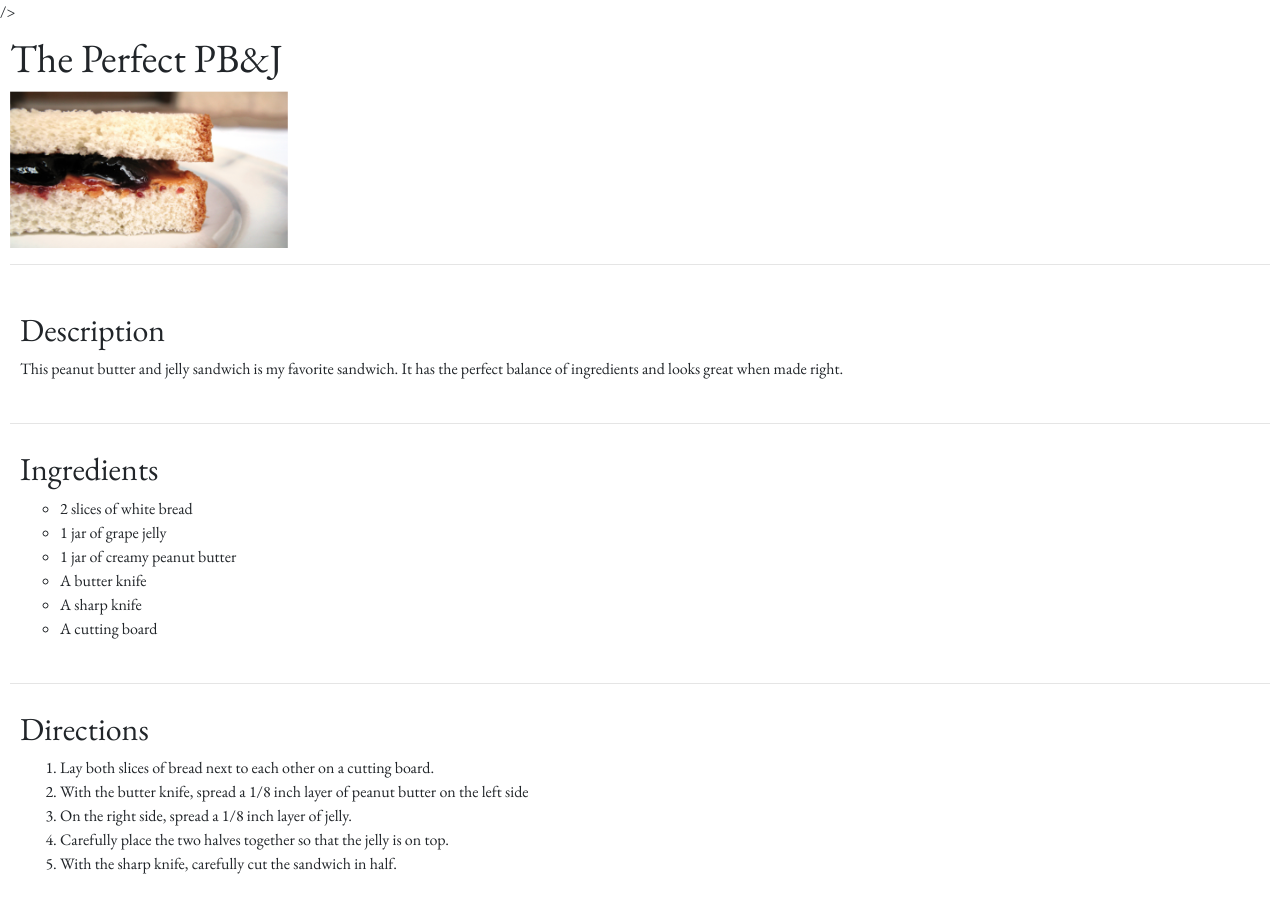
Repository: 9-5-pursuit/lab-intro-to-html
Page: recipe.html
The author's editor kept a copy of each file at every save. The page is drawn from the files as they stood at one save, then again after a run of saves.
The browser window is 1280 px wide. The pictures show the whole page.

Above is the page before, as saved 2023-02-28 09:18:31.

### recipe.html
<!DOCTYPE html>
<html lang="en">
  <head>
    <meta charset="UTF-8" />
    <meta http-equiv="X-UA-Compatible" content="IE=edge" />
    <meta name="viewport" content="width=device-width, initial-scale=1.0" />
    <link
      rel="stylesheet"
      href="https://maxcdn.bootstrapcdn.com/bootstrap/4.0.0/css/bootstrap.min.css"
    />
    <title>The Perfect Sandwich</title>
    <link rel="preconnect" href="https://fonts.googleapis.com" />
    <link rel="preconnect" href="https://fonts.gstatic.com" crossorigin />
    <link
      href="https://fonts.googleapis.com/css2?family=EB+Garamond:ital,wght@0,400;1,700&display=swap"
      rel="stylesheet"
    />
    />
    <style>
      div {
        padding: 10px;
      }
      body {
        font-family: "EB Garamond", serif;
      }
    </style>
  </head>
  <body>
    <div id="header-inner" class="header-inner">
      <h1>The Perfect PB&J</h1>
      <img
        src="images/pbjSandwich.png"
        class="img-fluid"
        alt="a close-up image of a peanut butter and jelly sandwich"
      />
      <hr />
    </div>
    <div id="content" class="content">
      <div>
        <h2>Description</h2>
        <p>
          This peanut butter and jelly sandwich is my favorite sandwich. It has
          the perfect balance of ingredients and looks great when made right.
        </p>
      </div>
      <hr />
      <div>
        <h2>Ingredients</h2>
        <ul type="circle">
          <li>2 slices of white bread</li>
          <li>1 jar of grape jelly</li>
          <li>1 jar of creamy peanut butter</li>
          <li>A butter knife</li>
          <li>A sharp knife</li>
          <li>A cutting board</li>
        </ul>
      </div>
      <hr />
      <div>
        <h2>Directions</h2>
        <ol>
          <li>
            Lay both slices of bread next to each other on a cutting board.
          </li>
          <li>
            With the butter knife, spread a 1/8 inch layer of peanut butter on
            the left side
          </li>
          <li>On the right side, spread a 1/8 inch layer of jelly.</li>
          <li>
            Carefully place the two halves together so that the jelly is on top.
          </li>
          <li>With the sharp knife, carefully cut the sandwich in half.</li>
        </ol>
      </div>
    </div>
  </body>
</html>

After the next 2 saves:
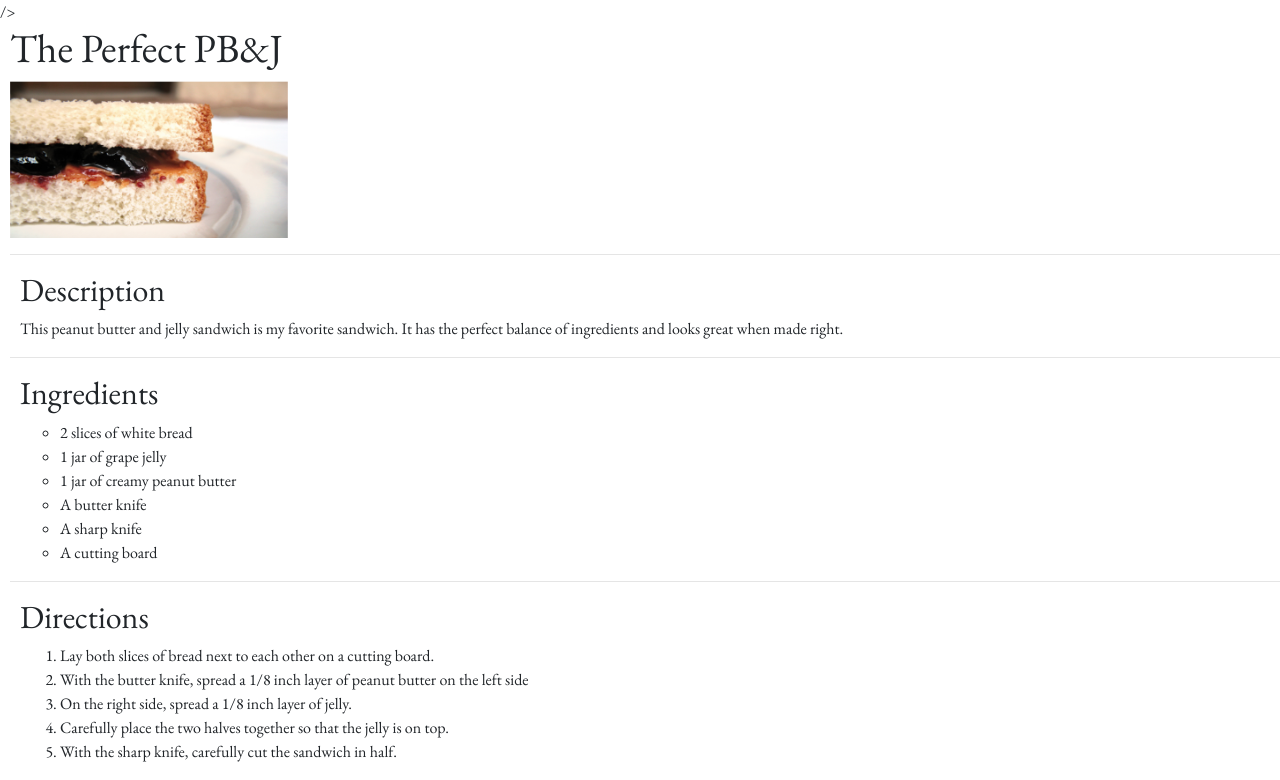
The 2 saves are shown as one change because they came seconds apart.
The last was saved 79 s later.
--- a/recipe.html
+++ b/recipe.html
@@ -18,7 +18,7 @@
     />
     <style>
       div {
-        padding: 10px;
+        padding-left: 10px;
       }
       body {
         font-family: "EB Garamond", serif;
